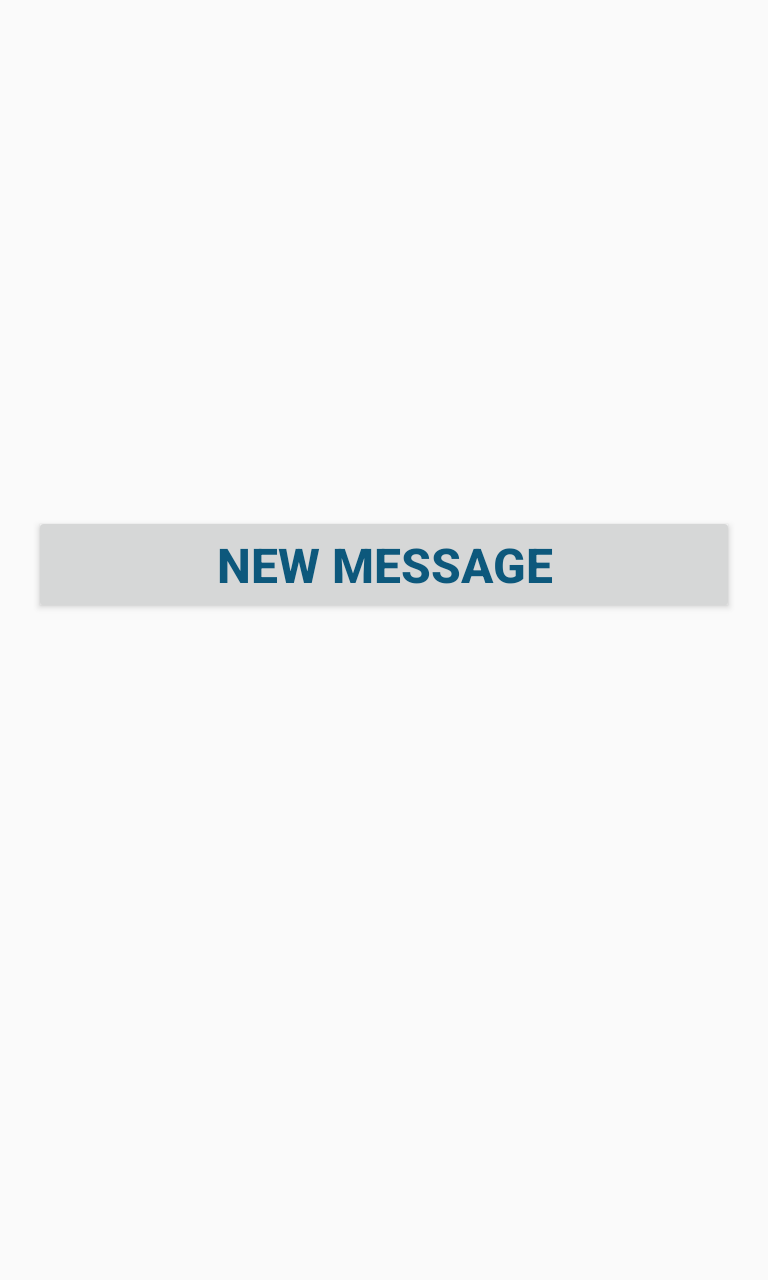
Repository: asaphy/routines
Layout: AndroidWorkSpace/Father'sDayApp/res/layout/activity_main.xml
An editor plug-in stored every save of this project. The layout is shown before and after the next save, followed by the edit.
It is drawn on a 768 x 1280 px phone screen (xhdpi) without system bars, with theme AppTheme; the app's code is not run.

Above is the layout before, as saved 2014-06-14 20:22:37.

### AndroidWorkSpace/Father'sDayApp/res/layout/activity_main.xml
<RelativeLayout xmlns:android="http://schemas.android.com/apk/res/android"
    xmlns:tools="http://schemas.android.com/tools"
    android:layout_width="match_parent"
    android:layout_height="match_parent"
    android:paddingBottom="@dimen/activity_vertical_margin"
    android:paddingLeft="@dimen/activity_horizontal_margin"
    android:paddingRight="@dimen/activity_horizontal_margin"
    android:paddingTop="@dimen/activity_vertical_margin"
    tools:context="com.asaphyuan.fathersdayapp.MainActivity$PlaceholderFragment" >

    <TextView
        android:id="@+id/textView1"
        android:layout_width="wrap_content"
        android:layout_height="wrap_content"
        android:layout_alignParentTop="true"
        android:layout_centerHorizontal="true"
        android:layout_marginTop="103dp"
        android:gravity="center_horizontal"
        android:textSize="32sp" />

    <Button
        android:id="@+id/button1"
        android:layout_width="match_parent"
        android:layout_height="wrap_content"
        android:layout_below="@+id/textView1"
        android:layout_centerHorizontal="true"
        android:layout_marginTop="94dp"
        android:text="New Message"
        android:textColor="#0D587C"
        android:textSize="24sp"
        android:textStyle="bold"
        android:typeface="normal" />

</RelativeLayout>

Loaded but not shown: AndroidWorkSpace/Father'sDayApp/res/values/styles.xml (common file); AndroidWorkSpace/Father'sDayApp/res/values-v11/styles.xml (common file); AndroidWorkSpace/Father'sDayApp/res/values-v14/styles.xml (common file); AndroidWorkSpace/Father'sDayApp/res/values/dimens.xml (common file); AndroidWorkSpace/Father'sDayApp/res/values-w820dp/dimens.xml (common file)

After the next save:
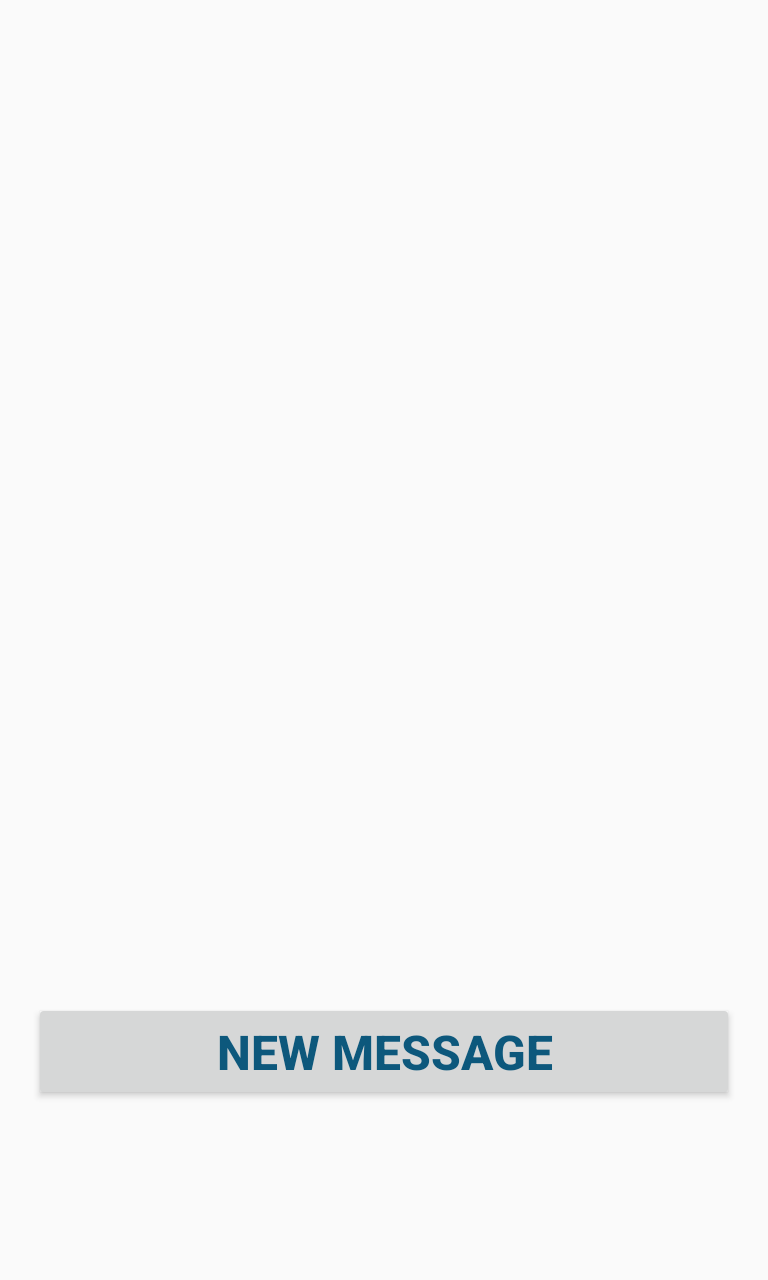
Saved 114 s later.
--- a/AndroidWorkSpace/Father'sDayApp/res/layout/activity_main.xml
+++ b/AndroidWorkSpace/Father'sDayApp/res/layout/activity_main.xml
@@ -22,9 +22,9 @@
         android:id="@+id/button1"
         android:layout_width="match_parent"
         android:layout_height="wrap_content"
-        android:layout_below="@+id/textView1"
-        android:layout_centerHorizontal="true"
-        android:layout_marginTop="94dp"
+        android:layout_alignParentBottom="true"
+        android:layout_alignParentRight="true"
+        android:layout_marginBottom="72dp"
         android:text="New Message"
         android:textColor="#0D587C"
         android:textSize="24sp"
